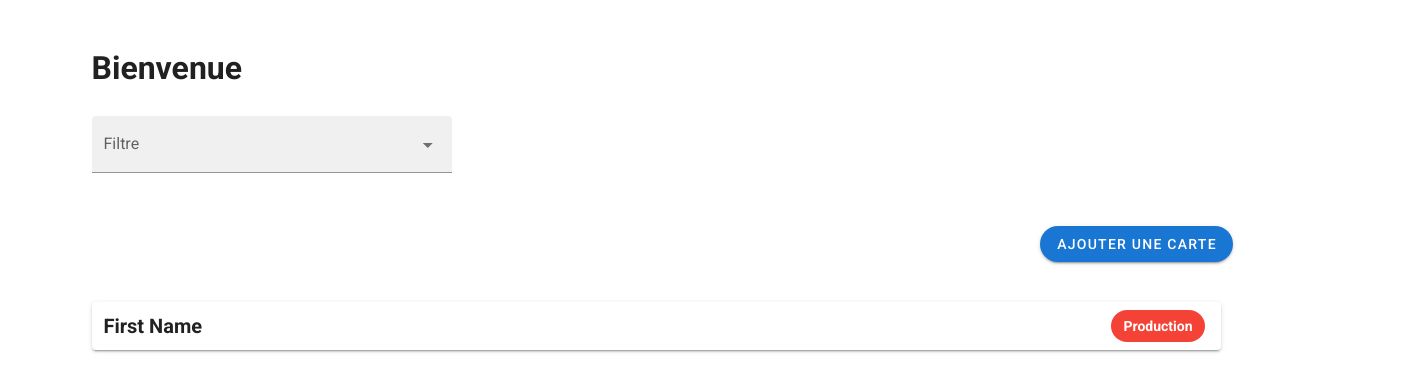
Repository: SidneyHodieb/myc
Page: /
The author's editor kept a copy of each file at every save. The page is drawn from the files as they stood at one save, then again after the next save.
The browser window is 1280 px wide. The page is 1425 px wide, so the pictures cover 1425 px, including what lies to the right of the window. The pictures show the whole page.
The project was rebuilt for these pictures with package versions that can differ from the ones it lists, and the page was loaded fresh each time. Also part of the build but not shown: vue.config.js.

Above is the page before, as saved 2021-04-02 00:18:42.

### src/App.vue
<template>
  <v-app>
    <v-main>
      <router-view></router-view>
    </v-main>
  </v-app>
</template>

<script>

export default {
  name: 'App',
  data: () => ({
    //
  }),
};
</script>

### src/views/Home.vue
<template>
  <v-container>
    <v-row class="mt-5 ml-5">
      <v-col cols="12" sm="12">
        <h1>Bienvenue</h1>
      </v-col>
      <v-col class="d-flex" sm="4">
        <v-select :items="items" filled label="Filtre"></v-select>
      </v-col>
     <v-col offset-md="8" sm="6">
      <div class="text-center">
        <v-btn rounded color="primary">
          Ajouter une carte
        </v-btn>
      </div>
      </v-col>
      <v-col
          cols="12"
          sm="12"
          class="mt-4"
        >
          <v-text-field
            readonly
            value="First Name"
            solo
            style="font-weight:bold; font-size:20px"
          >
             <template v-slot:append>
               <v-chip text-color="white" color="red" class="ma-1">Production</v-chip>
              </template>

          </v-text-field>
        </v-col>
    </v-row>
  </v-container>
</template>

<script>
// @ is an alias to /src

export default {
  components: {},
};
</script>

Loaded but not shown: public/index.html (common file); src/main.js (common file); src/router/index.js (common file); src/store/index.js (common file); src/plugins/vuetify.js (common file)

After the next save:
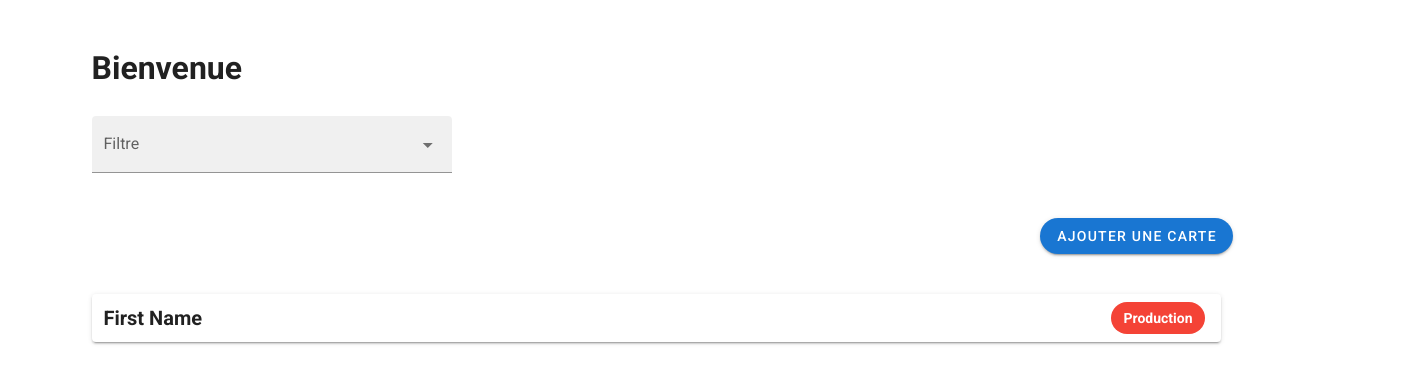
Saved 8 min 15 s later.
--- a/src/views/Home.vue
+++ b/src/views/Home.vue
@@ -7,7 +7,7 @@
       <v-col class="d-flex" sm="4">
         <v-select :items="items" filled label="Filtre"></v-select>
       </v-col>
-     <v-col offset-md="8" sm="6">
+     <v-col offset-md="8" class="mt-n2" sm="6">
       <div class="text-center">
         <v-btn rounded color="primary">
           Ajouter une carte
